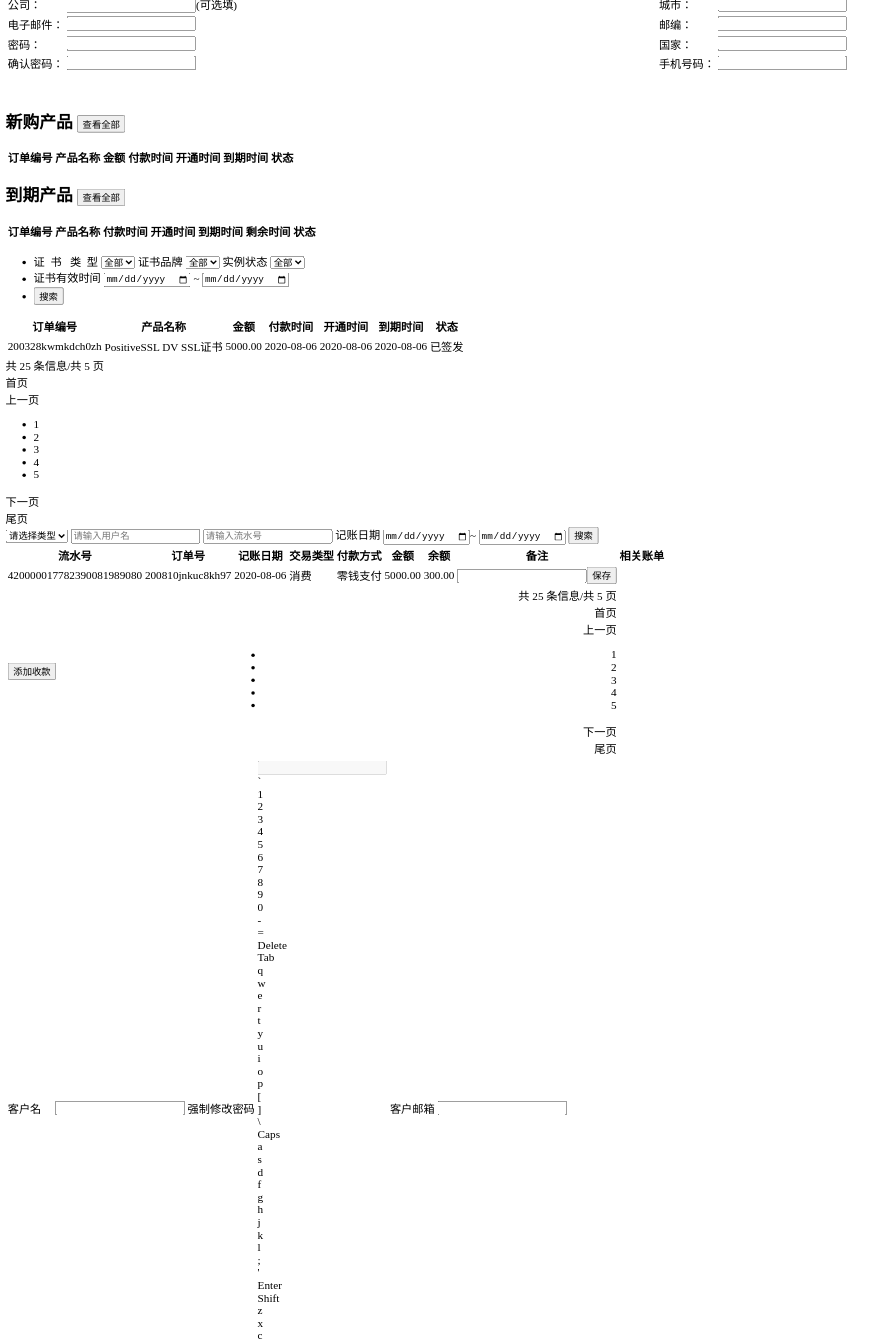
Repository: wangyan466393/racentSystem
Page: customerData.html
The author's editor kept a copy of each file at every save. The page is drawn from the files as they stood at one save, then again after the next save.
The browser window is 1280 px wide. The pictures show the part of the page from y = 1288 to 3208 px (the page is 3483 px tall), at 70% of full size.

Above is the page before, as saved 2020-08-13 17:45:50.

After the next save:
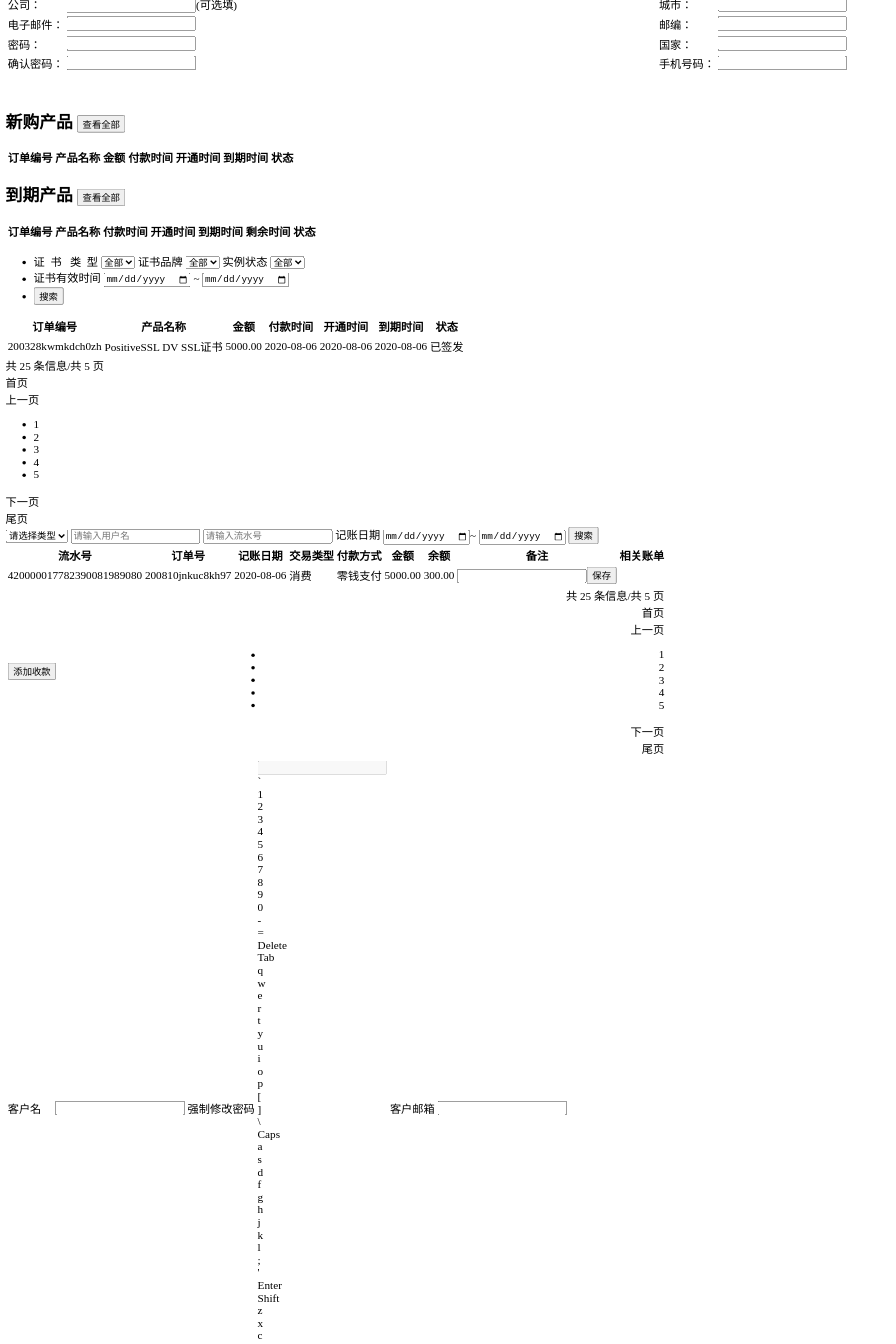
Saved 23 s later.
--- a/customerData.html
+++ b/customerData.html
@@ -425,7 +425,7 @@
                             <td align="left" colspan="2">
                                 <button type="button">添加收款</button>
                             </td>
-                            <td colspan="6" align="right">
+                            <td colspan="7" align="right">
                                 <div class="page">
 
                                 </div>
